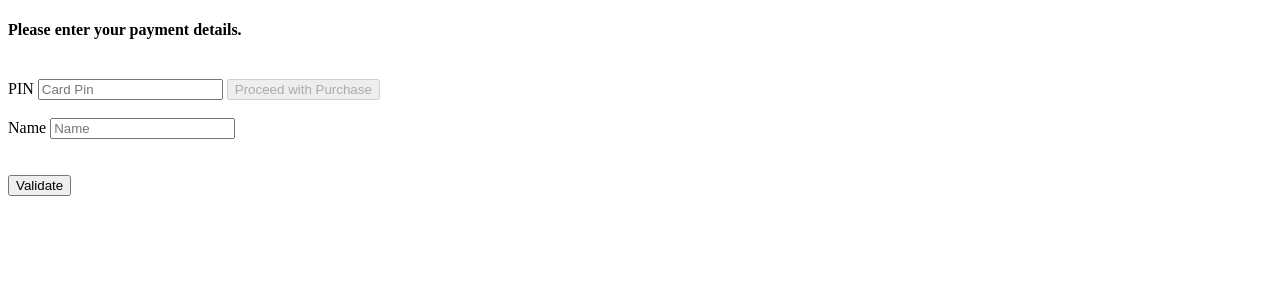
Repository: MylesTobin/is1113117401966
Page: http://localhost/EBusiness/Ebus2.php
The author's editor kept a record of every edit. The page is drawn from the files as they stood at one moment, then again after the next edit.
The browser window is 1280 px wide. The pictures show the whole page.
Some web libraries are served in a nearby version. The page is run by PHP 8.4 with error messages shown; the project is at /var/www/html/.

Above is the page before.

### EBusiness/Ebus2.php
<!DOCTYPE html>
<html>
    <head>

        <title> Enter Details</title>


        <!--jQuery-->
        <script src="https://ajax.googleapis.com/ajax/libs/jquery/3.2.1/jquery.min.js"></script>
    </head>

    <body>
        <!--Payment details-->
        <h4>Please enter your payment details.</h4>

            <br>

            <form method = "POST" action = "Ebus3.php">

                <label for="user_pin">
                     PIN
                </label>

                <input type="password" id="user_pin" placeholder="Card Pin" maxlength="4">

                <button type="Submit" id="btnPurchase" disabled>
                    Proceed with Purchase
                </button>

            </form>
            <br>

               <label for="user_name">
                     Name
                </label>


                <input type="password" id="user_name" placeholder="Name" maxlength="20">


            </form>

            <br><br><br>

            <button onClick="validateDetails()"> Validate </button>

        <script type="text/javascript" src="ebus2_validator.js"></script>







            </form>







    </body>



</html>

### EBusiness/ebus2_validator.js
/* global $ */

function validateDetails(){

    var pin;

    pin = document.getElementById("user_pin").value;
     name = document.getElementById("user_name").value;

    if (pin==""){
        alert("Please enter a valid PIN");
        }
    else if (String(pin).length<4){
        alert("Please make sure your PIN is valid");
        }
    else if (String(pin).length=4, name==""){
        alert("Please enter a valid Name")
    }
        else{
            enablebtnPurchase()
        }


        var name;



    if (name==""){
        alert("Please enter a valid Name");
        }
   else if (name!="", String(pin).length<4){
       alert("Please enter a valid PIN");
   }
    else{
        enablebtnPurchase();
        }



}

function enablebtnPurchase(){
     $('#btnPurchase').prop('disabled',false);
}

function disablebtnPurchase(){
     $('#btnPurchase').prop('disabled',true);
}

After the next edit:
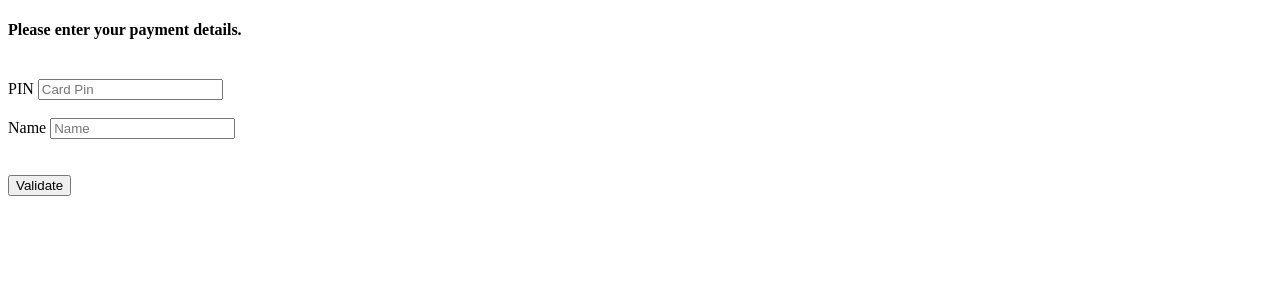
The edit:
--- a/EBusiness/Ebus2.php
+++ b/EBusiness/Ebus2.php
@@ -23,9 +23,7 @@
 
                 <input type="password" id="user_pin" placeholder="Card Pin" maxlength="4">
 
-                <button type="Submit" id="btnPurchase" disabled>
-                    Proceed with Purchase
-                </button>
+
 
             </form>
             <br>

After the 2 edits that followed:
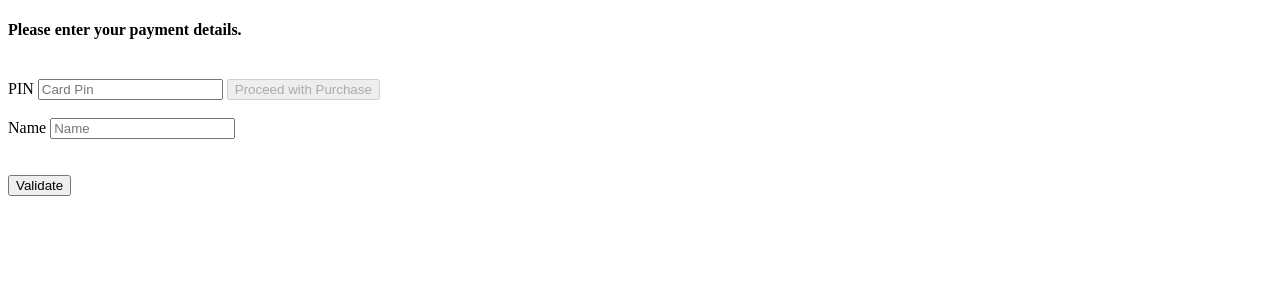
The 2 edits are shown as one change because 1 left the picture as it was.
The edit:
--- a/EBusiness/Ebus2.php
+++ b/EBusiness/Ebus2.php
@@ -24,6 +24,9 @@
                 <input type="password" id="user_pin" placeholder="Card Pin" maxlength="4">
 
 
+          <button type="Submit" id="btnPurchase" disabled>
+                    Proceed with Purchase
+                </button>
 
             </form>
             <br>
@@ -50,6 +53,7 @@
 
 
 
+
             </form>
 
 
